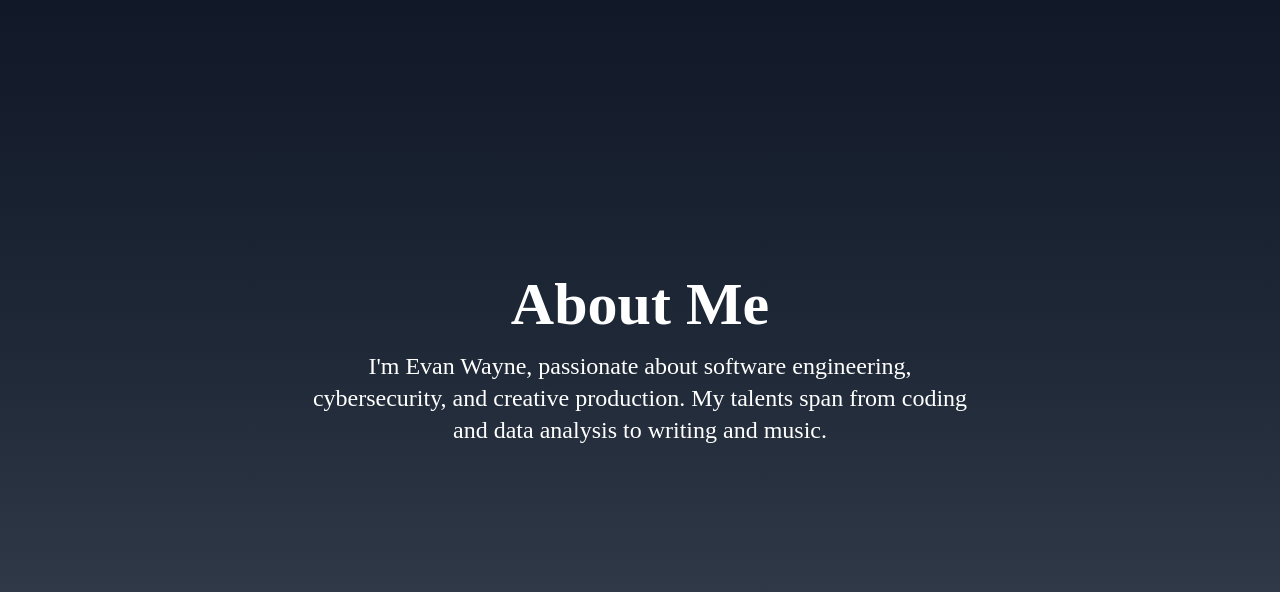
Repository: evnwyn/Evan-Wayne-s-Portfolio
Page: /about
The author's editor kept a copy of each file at every save. The page is drawn from the files as they stood at one save, then again after the next save.
The browser window is 1280 px wide. The pictures show the whole page.
The project was rebuilt for these pictures with package versions that can differ from the ones it lists, and the page was loaded fresh each time. The framework's server and built-in components were replaced by stand-ins that run in the browser. Also part of the build but not shown: next.config.js.

Above is the page before, as saved 2024-10-09 21:01:54.

### src/app/layout.tsx
// app/layout.tsx

import '~/styles/globals.css'; // Import your global styles
import { type Metadata } from 'next';
import { ReactNode } from 'react';

export const metadata: Metadata = {
  title: 'Evan Wayne | Portfolio',
  description: 'This is my personal portfolio website',
  icons: [{ rel: 'icon', url: '/favicon.ico' }],
};

export default function RootLayout({ children }: { children: ReactNode }) {
  return (
    <html lang="en">
      <body className="min-h-screen flex flex-col bg-gradient-to-b from-gray-900 via-gray-800 to-gray-700">
        {/* Main content area, flex-grow ensures this stretches to fill the viewport */}
        <main className="flex-grow flex flex-col">{children}</main>
        <footer className="text-center text-white py-4">
          © {new Date().getFullYear()} Evan Wayne
        </footer>
      </body>
    </html>
  );
}

### src/app/about/page.tsx
// app/about/page.tsx

import React from 'react';

export default function About() {
  return (
    <div className="min-h-screen flex flex-col items-center justify-center p-8 bg-gradient-to-b from-gray-900 via-gray-800 to-gray-700">
      <h1 className="text-6xl font-bold text-white mb-4 transition-all duration-500 hover:text-gray-300">
        About Me
      </h1>
      <p className="text-2xl text-center text-white max-w-2xl transition-all duration-500 hover:text-gray-400">
        I'm Evan Wayne, passionate about software engineering, cybersecurity, and creative production. My talents span from coding and data analysis to writing and music.
      </p>
    </div>
  );
}

### src/styles/globals.css
@tailwind base;
@tailwind components;
@tailwind utilities;

/* Eliminate margin, padding, and overflow issues */
html, body {
  height: 100%;
  margin: 0;
  padding: 0;
  overflow: hidden; /* Hide any potential overflow */
}

/* Make sure the Next.js root div takes up full height */
#__next {
  min-height: 100%;
  display: flex;
  flex-direction: column;
  justify-content: flex-start; /* Ensure content starts from the top */
}

/* Ensure main content stretches to fill the remaining space */
main {
  flex-grow: 1;
  display: flex;
  flex-direction: column;
}

/* Reset margins and paddings */
* {
  margin: 0;
  padding: 0;
  box-sizing: border-box;
}

Loaded but not shown: tailwind.config.ts (common file)

After the next save:
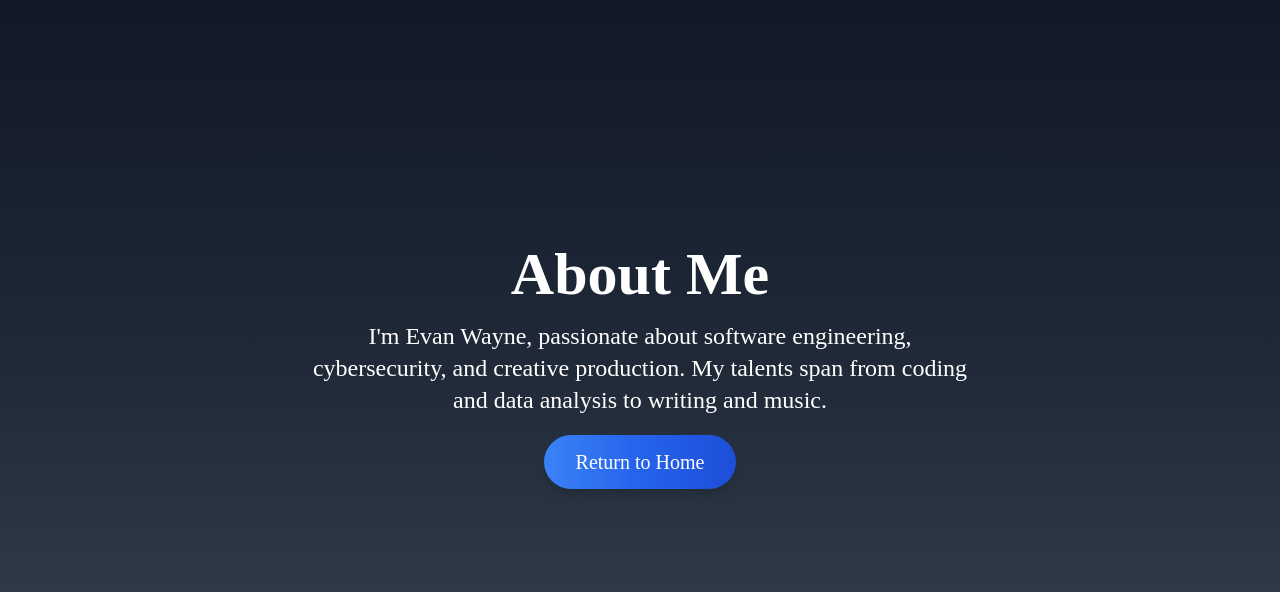
Saved 15 s later.
--- a/src/app/about/page.tsx
+++ b/src/app/about/page.tsx
@@ -1,16 +1,24 @@
 // app/about/page.tsx
 
 import React from 'react';
+import Link from 'next/link'; // Import the Link component
 
 export default function About() {
   return (
-    <div className="min-h-screen flex flex-col items-center justify-center p-8 bg-gradient-to-b from-gray-900 via-gray-800 to-gray-700">
-      <h1 className="text-6xl font-bold text-white mb-4 transition-all duration-500 hover:text-gray-300">
+    <div className="min-h-screen flex flex-col items-center justify-center bg-gradient-to-b from-gray-900 via-gray-800 to-gray-700">
+      <h1 className="text-6xl font-bold text-white transition-all duration-500 hover:text-gray-300 mb-4">
         About Me
       </h1>
-      <p className="text-2xl text-center text-white max-w-2xl transition-all duration-500 hover:text-gray-400">
+      <p className="text-2xl text-center text-white max-w-2xl">
         I'm Evan Wayne, passionate about software engineering, cybersecurity, and creative production. My talents span from coding and data analysis to writing and music.
       </p>
+
+      {/* Stand-out Home button in blue gradient */}
+      <div className="mt-8">
+        <Link href="/" className="bg-gradient-to-r from-blue-500 via-blue-600 to-blue-700 text-white text-xl px-8 py-4 rounded-full shadow-lg transform hover:scale-110 transition-transform duration-500 ease-out hover:shadow-2xl">
+          Return to Home
+        </Link>
+      </div>
     </div>
   );
 }
